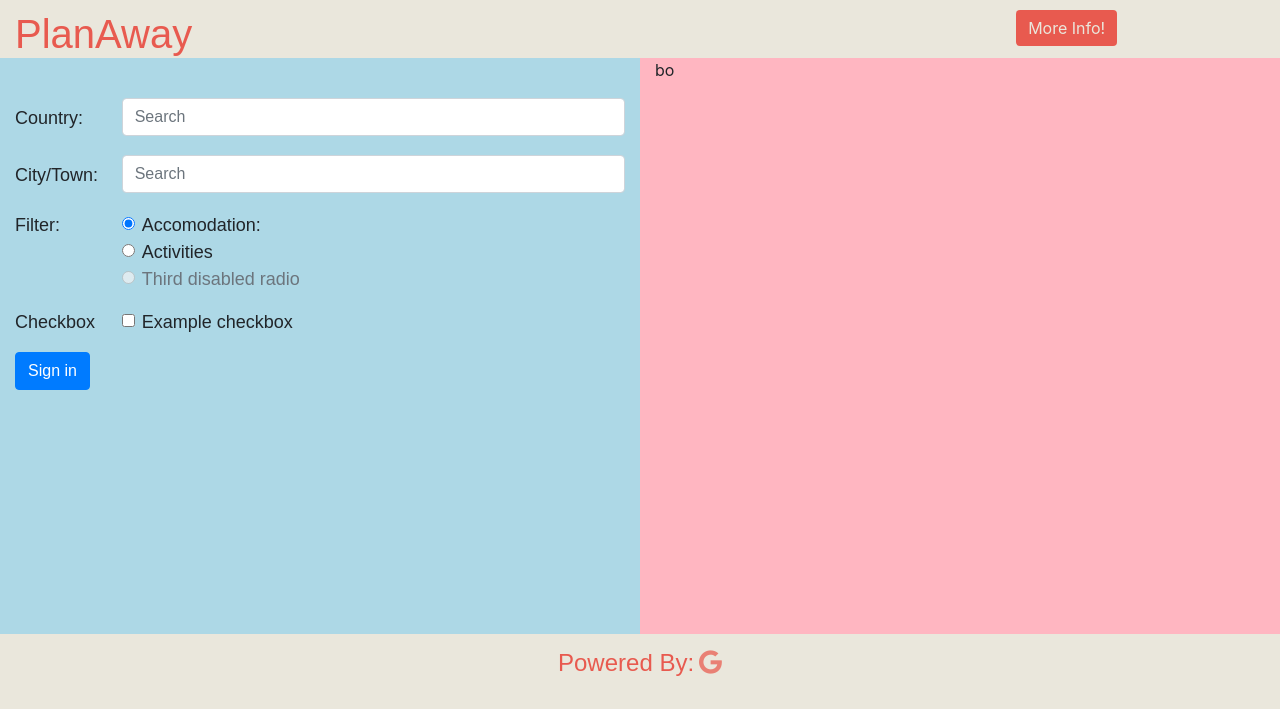
Repository: Brad000/PlanAway-Project
Page: planner.html
The author's editor kept a record of every edit. The page is drawn from the files as they stood at one moment, then again after the next edit.
The browser window is 1280 px wide. The pictures show the whole page.
Some icons come from a web library that is not loaded, so they are not drawn. Some web fonts or font styles are not loaded; a fallback is used. Some web libraries are served in a nearby version.

Above is the page before.

After the next edit:
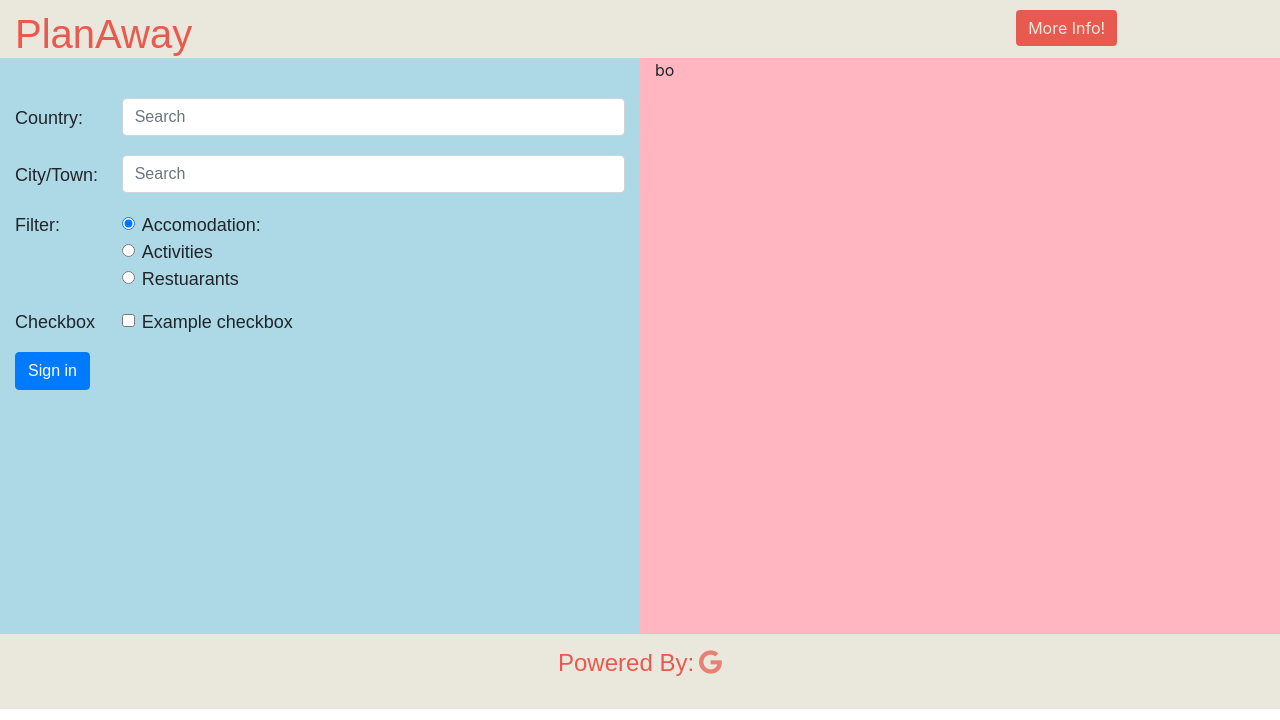
The edit:
--- a/planner.html
+++ b/planner.html
@@ -66,9 +66,9 @@
                                     <input class="form-check-input" type="radio" name="gridRadios" id="gridRadios2" value="option2">
                                     <label class="form-check-label" for="gridRadios2">Activities</label>
                                 </div>
-                                <div class="form-check disabled">
-                                    <input class="form-check-input" type="radio" name="gridRadios" id="gridRadios3" value="option3" disabled>
-                                    <label class="form-check-label" for="gridRadios3">Third disabled radio</label>
+                                <div class="form-check">
+                                    <input class="form-check-input" type="radio" name="gridRadios" id="gridRadios3" value="option3">
+                                    <label class="form-check-label" for="gridRadios3">Restuarants</label>
                                 </div>
                             </div>
                         </div>
